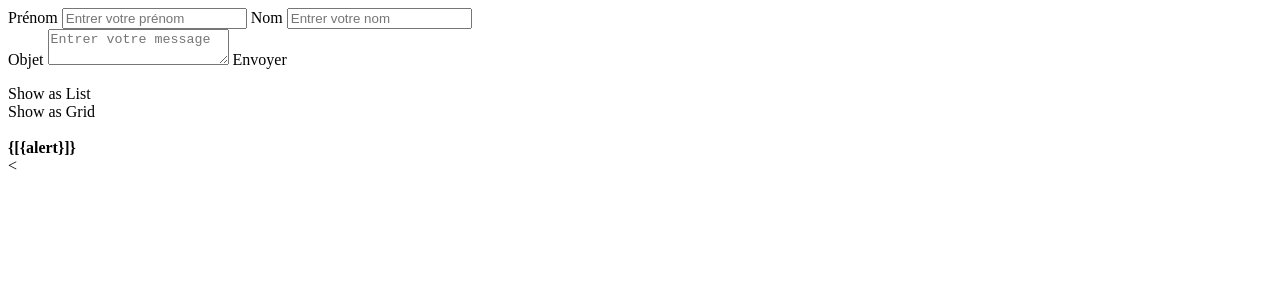
Repository: iGitScor/oneid
Page: web/app/views/full/contact.html
The author's editor kept a record of every edit. The page is drawn from the files as they stood at one moment, then again after the next edit.
The browser window is 1280 px wide. The pictures show the whole page.

Above is the page before.

After the next edit:
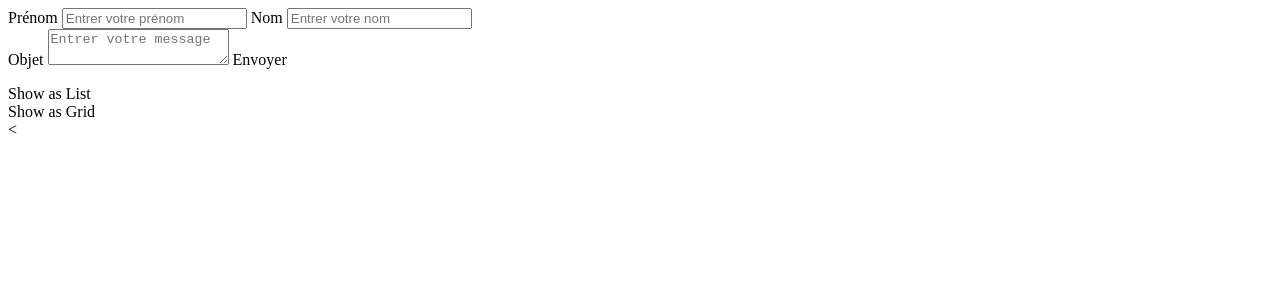
The edit:
--- a/web/app/views/full/contact.html
+++ b/web/app/views/full/contact.html
@@ -33,10 +33,6 @@
       Show as Grid
     </md-button>
   </div>
-  <br/>
-  <b layout="row" layout-align="center center" layout-margin>
-    {[{alert}]}
-  </b>
 </footer>
 <<!--md-bottom-sheet class="md-grid" style="background: #efefef">
     <div>
